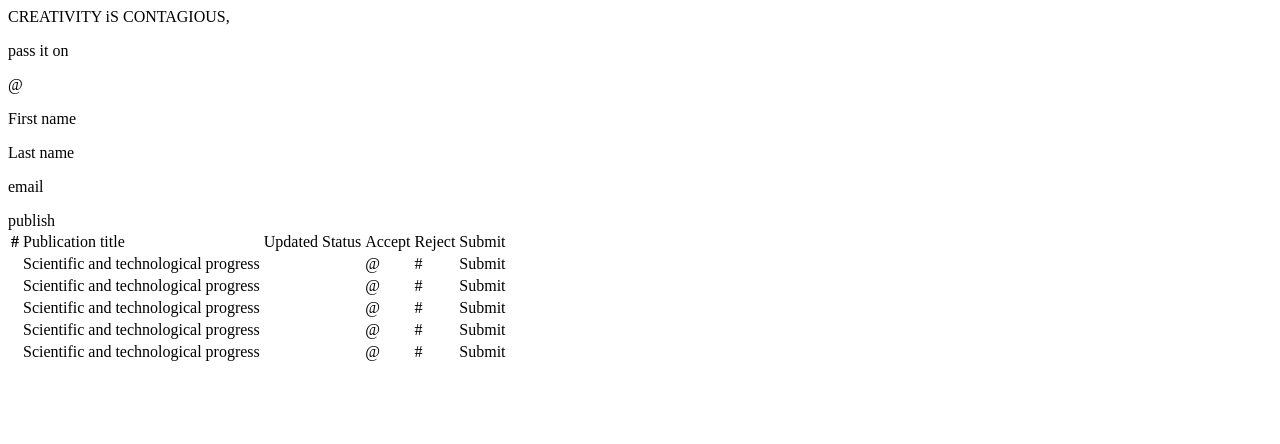
Repository: ceo-of-albeni/articles
Page: /
These files come from the project's save history. The page is drawn as it stood at one moment and after the next save; the edit follows.
The browser window is 1280 px wide. The pictures show the whole page.
The project was rebuilt for these pictures with package versions that can differ from the ones it lists, and the page was loaded fresh each time. Also part of the build but not shown: src/reviewer's profil/reviewer.scss.

Above is the page before, as saved 2023-05-09 18:12:59.

After the next save:
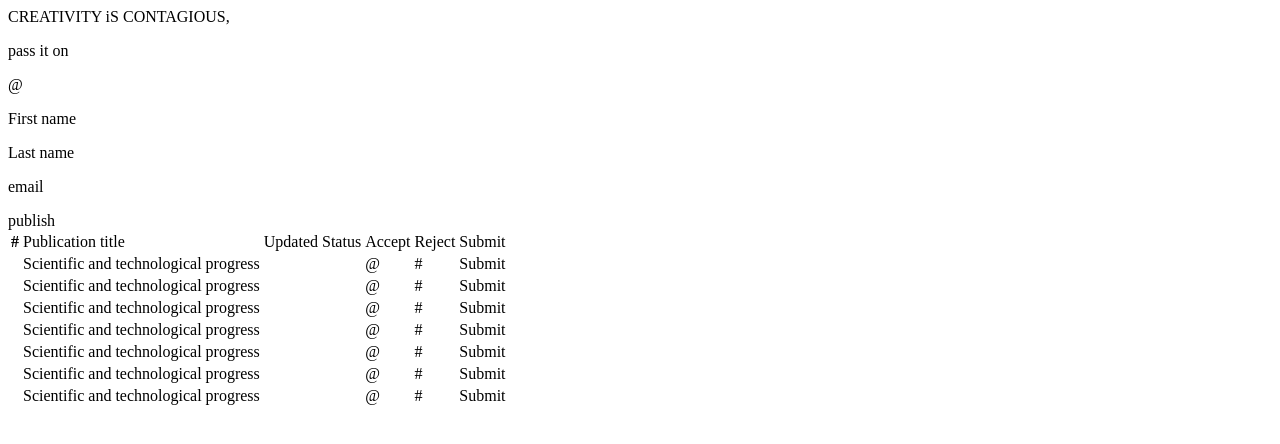
Saved 11 s later.
--- a/src/reviewer's profil/reveiwer.jsx
+++ b/src/reviewer's profil/reveiwer.jsx
@@ -74,6 +74,24 @@ export default function Reviewer() {
                             <td>#</td>
                             <td>Submit</td>
                         </tr>
+                        <tr>
+                            <td></td>
+                            <td>Scientific and technological progress</td>
+                            <td></td>
+                            <td></td>
+                            <td>@</td>
+                            <td>#</td>
+                            <td>Submit</td>
+                        </tr>
+                        <tr>
+                            <td></td>
+                            <td>Scientific and technological progress</td>
+                            <td></td>
+                            <td></td>
+                            <td>@</td>
+                            <td>#</td>
+                            <td>Submit</td>
+                        </tr>
                     </table>
                 </div>
             </section>
